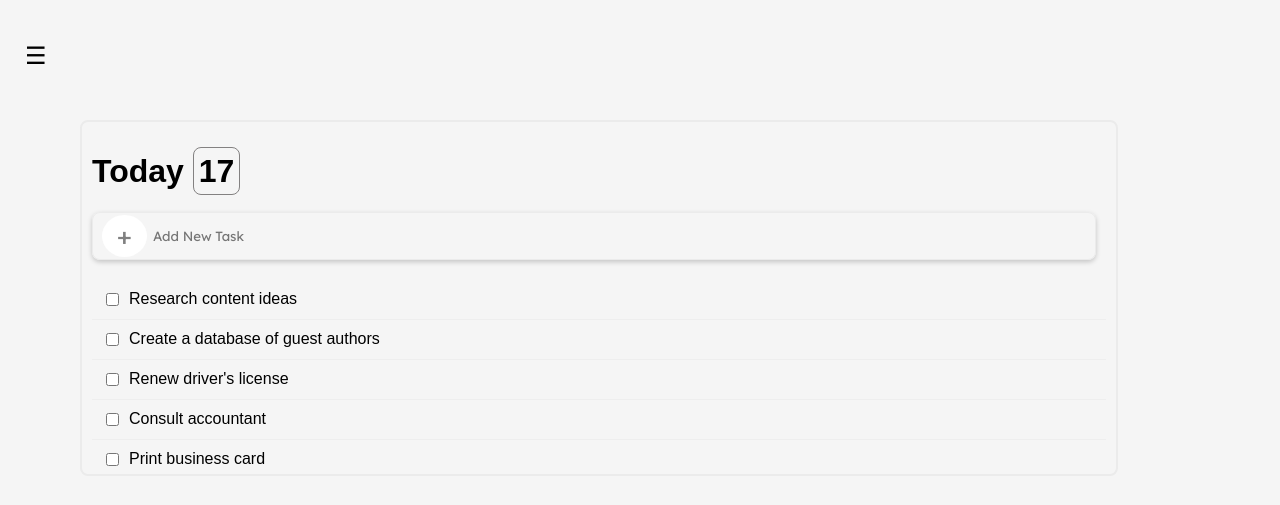
Repository: WeyehnR/Todo-App-e8719e15efb8a3743d14c47aa9ae2115442426d2
Page: Client/index.html
The author's editor kept a copy of each file at every save. The page is drawn from the files as they stood at one save, then again after the next save.
The browser window is 1280 px wide. The pictures show the whole page.

Above is the page before, as saved 2023-11-17 15:37:49.

After the next save:
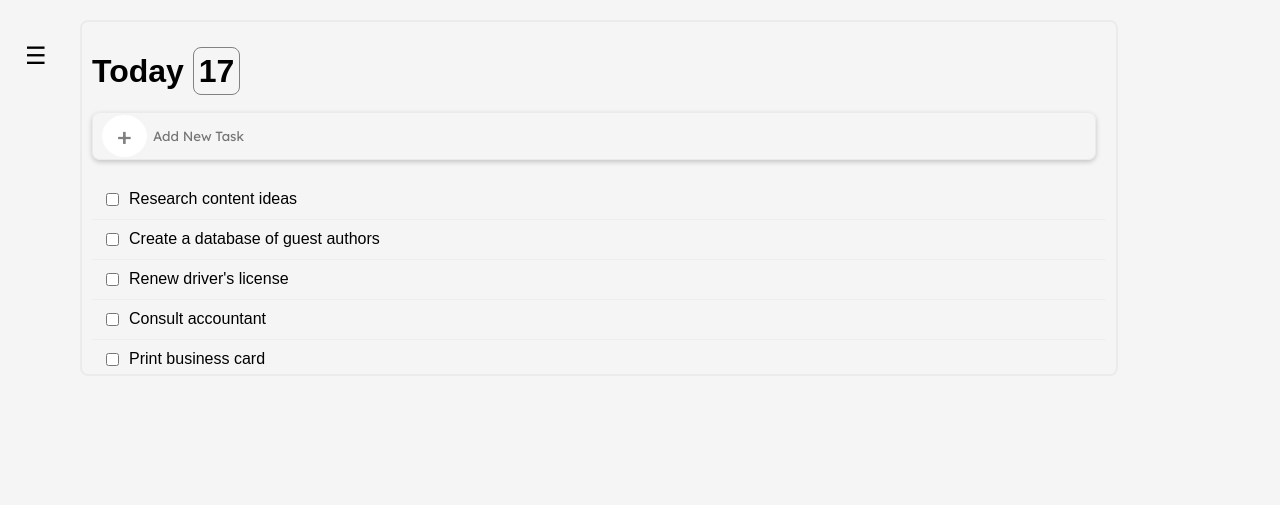
Saved 8 s later.
--- a/Client/styles.css
+++ b/Client/styles.css
@@ -7,7 +7,7 @@ body {
 }
 
 .todo-container {
-    top: 120px;
+    top: 20px;
     left: 80px;
     right: 80px;
     width: 1038px;
